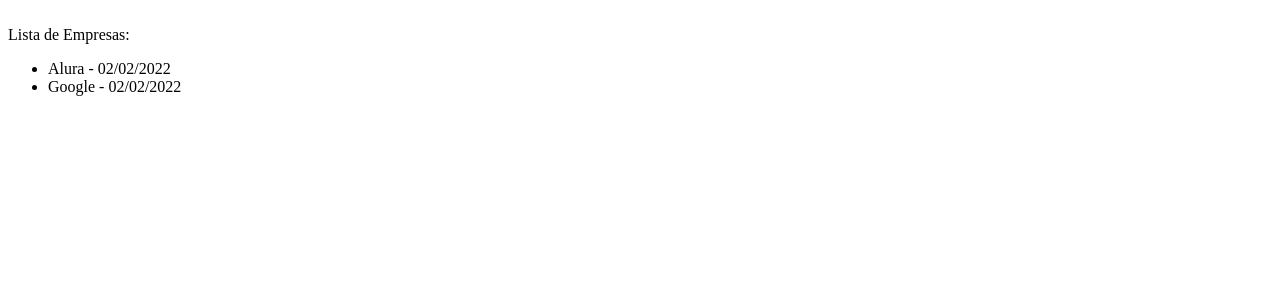
Repository: RafaelSK7/java_servlet_alura
Page: http://localhost/gerenciador/listaEmpresas
The author's editor kept a copy of each file at every save. The page is drawn from the files as they stood at one save, then again after the next save.
The browser window is 1280 px wide. The pictures show the whole page.
The page is served by Tomcat 9.

Above is the page before, as saved 2022-04-26 17:14:09.

After the next save:
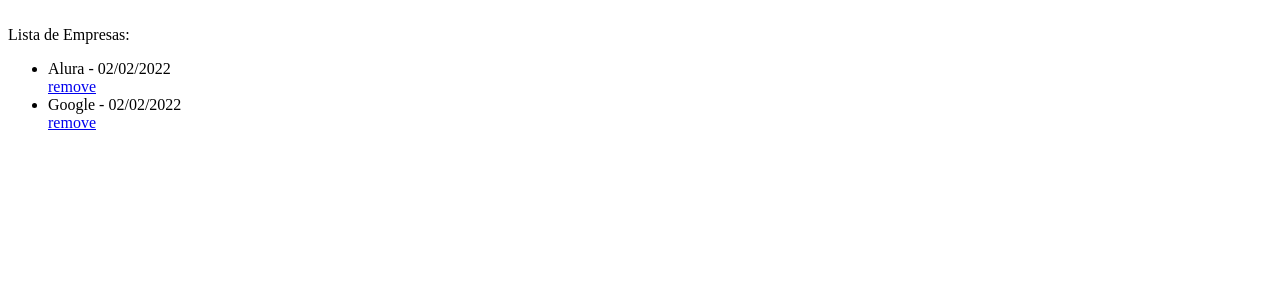
Saved 24 days later.
--- a/gerenciador/WebContent/listaEmpresas.jsp
+++ b/gerenciador/WebContent/listaEmpresas.jsp
@@ -14,6 +14,7 @@
 	<ul>
 		<c:forEach items="${empresas}" var="empresa">
 			<li> ${empresa.nome} - <fmt:formatDate value="${empresa.dataAbertura}" pattern="dd/MM/yyyy"/> </li>
+			<a href="/gerenciador/removeEmpresa">remove</a>
 		</c:forEach>
 	</ul>
 
